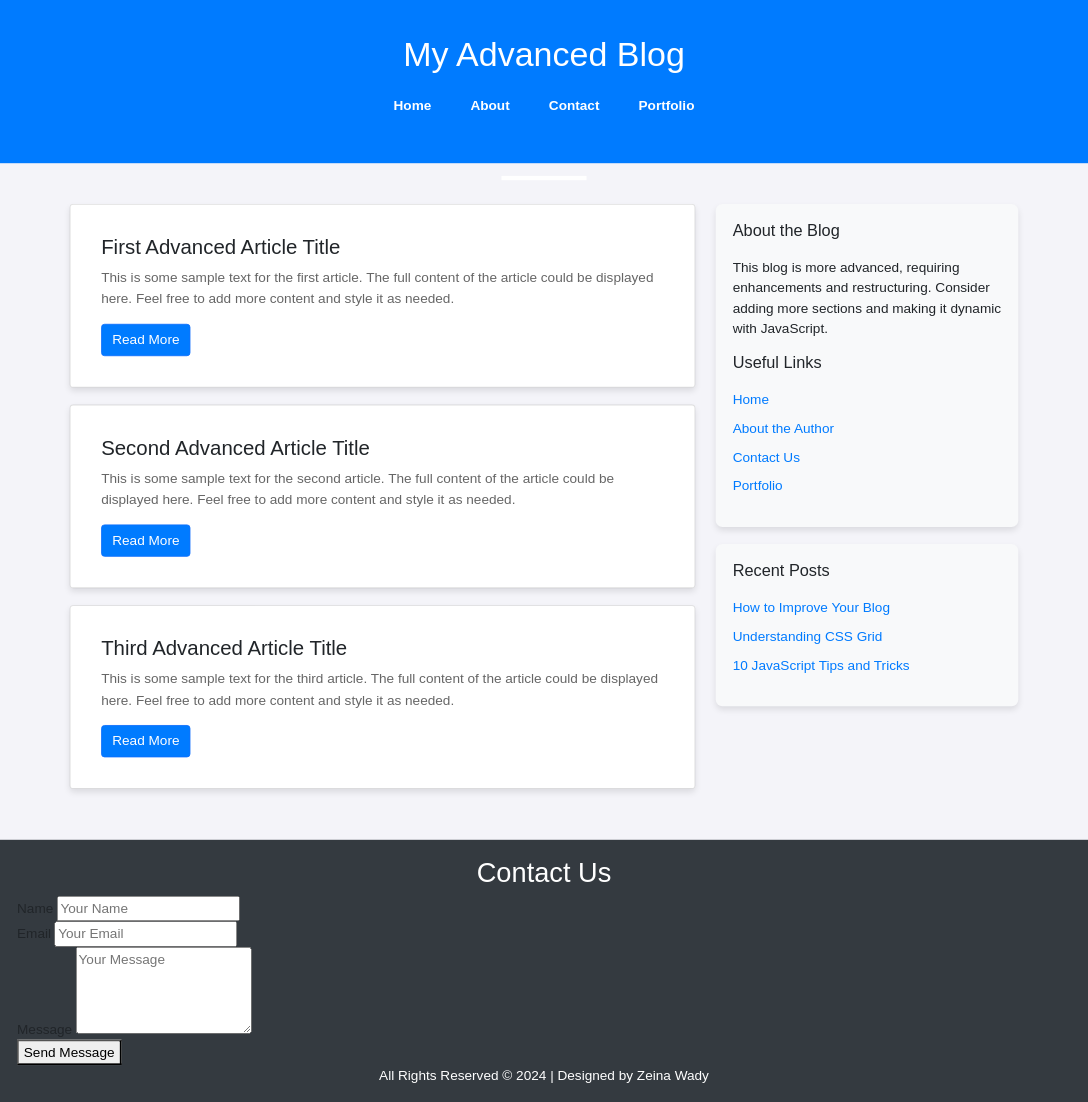
Repository: zeinawady/Blog-Code-Refactoring
Page: index.html
An editor plug-in stored every save of this project. The page is shown before and after a run of saves, followed by the edit.
The browser window is 1280 px wide. The pictures show the whole page, at 85% of full size.
Some web libraries are served in a nearby version.

Above is the page before, as saved 2024-09-23 16:01:18.

### index.html
<!DOCTYPE html>
<html lang="en">
  <head>
    <meta charset="UTF-8" />
    <meta name="viewport" content="width=device-width, initial-scale=1.0" />
    <title>My Advanced Blog</title>

    <link
      href="https://cdn.jsdelivr.net/npm/bootstrap@5.1.3/dist/css/bootstrap.min.css"
      rel="stylesheet"
    />
    <link rel="stylesheet" href="https://cdnjs.cloudflare.com/ajax/libs/font-awesome/6.6.0/css/all.min.css" integrity="sha512-Kc323vGBEqzTmouAECnVceyQqyqdsSiqLQISBL29aUW4U/M7pSPA/gEUZQqv1cwx4OnYxTxve5UMg5GT6L4JJg==" crossorigin="anonymous" referrerpolicy="no-referrer" />
    <link rel="stylesheet" href="style.css">
  </head>
  <body>

    <header>
      <h1 class="text-center text-white">My Advanced Blog</h1>
      <nav class="navbar navbar-expand-lg bg-body-tertiary">
        <div class="container">
          <button class="navbar-toggler ms-auto" type="button" data-bs-toggle="collapse" data-bs-target="#navbarNavAltMarkup" aria-controls="navbarNavAltMarkup" aria-expanded="false" aria-label="Toggle navigation">
            <span class="navbar-toggler-icon text-white"><i class="fas fa-bars"></i></span>
          </button>
          <div class="collapse navbar-collapse justify-content-center" id="navbarNavAltMarkup">
            <div class="navbar-nav">
              <a class="nav-link active text-white" aria-current="page" href="#">Home</a>
              <a class="nav-link text-white" href="#">About</a>
              <a class="nav-link text-white" href="#">Contact</a>
              <a class="nav-link text-white" href="#">Portfolio</a>
            </div>
          </div>
        </div>
      </nav>

    </header>
    <a href="#" onclick="toTop()" class="scroll-to-top" id="scrollToTopBtn"><i class="fa-solid fa-circle-up fa-bounce" style="color: #007bff;"></i></a>

    <div class="container mt-5">
      <div class="row">
        <div class="col-lg-8">

          <article class="card">
            <div class="card-body">
            <h2 class="card-title">First Advanced Article Title</h2>
            <p class="card-text">
              This is some sample text for the first article. The full content
              of the article could be displayed here. Feel free to add more
              content and style it as needed.
            </p>
            <button class="btn btn-primary">Read More</button>
         </div>
        </article>

        <article class="card">
          <div class="card-body">
          <h2 class="card-title">Second Advanced Article Title</h2>
          <p class="card-text">
            This is some sample text for the second article. The full content
            of the article could be displayed here. Feel free to add more
            content and style it as needed.
          </p>
          <button class="btn btn-primary">Read More</button>
       </div>
      </article>

      <article class="card">
        <div class="card-body">
        <h2 class="card-title">Third Advanced Article Title</h2>
        <p class="card-text">
          This is some sample text for the third article. The full content
          of the article could be displayed here. Feel free to add more
          content and style it as needed.
        </p>
        <button class="btn btn-primary">Read More</button>
     </div>
    </article>
        </div>

        <div class="col-md-4">
          <aside>
            <h3>About the Blog</h3>
            <p>
              This blog is more advanced, requiring enhancements and
              restructuring. Consider adding more sections and making it dynamic
              with JavaScript.
            </p>
            <h3>Useful Links</h3>
            <ul>
              <li><a href="#">Home</a></li>
              <li><a href="#">About the Author</a></li>
              <li><a href="#">Contact Us</a></li>
              <li><a href="#">Portfolio</a></li>
            </ul>
          </aside>
          <aside>
            <h3>Recent Posts</h3>
            <ul>
              <li><a href="#">How to Improve Your Blog</a></li>
              <li><a href="#">Understanding CSS Grid</a></li>
              <li><a href="#">10 JavaScript Tips and Tricks</a></li>
            </ul>
          </aside>
        </div>
      </div>
    </div>

    <footer>
      <div class="footer-content">
        <h2 class="text-center text-white">Contact Us</h2>
        <form action="#" method="POST" class="contact-form">
          <div class="form-group">
            <label for="name">Name</label>
            <input type="text" id="name" name="name" placeholder="Your Name" required />
          </div>
          <div class="form-group">
            <label for="email">Email</label>
            <input type="email" id="email" name="email" placeholder="Your Email" required />
          </div>
          <div class="form-group">
            <label for="message">Message</label>
            <textarea id="message" name="message" rows="4" placeholder="Your Message" required></textarea>
          </div>
          <button type="submit" class="submit-btn">Send Message</button>
        </form>
      </div>
      <p class="text-white text-center m-0">All Rights Reserved © 2024 | Designed by Zeina Wady</p>

    </footer>

    <script src="https://cdn.jsdelivr.net/npm/bootstrap@5.1.3/dist/js/bootstrap.bundle.min.js"></script>
  <script src="script.js"></script>
  </body>
</html>

### style.css
body {
    font-family: Arial, sans-serif;
    background-color: #f4f4f9;
  }
html{
    scroll-behavior: smooth;
}
  :root{
    --main-color:#007bff;
  }
  a{
    text-decoration: none;
  }
  header {
    background-color: var(--main-color);
    padding: 40px 0;
    position: relative;
  }
  header::after {
    content: "";
    position: absolute;
    bottom: -20px;
    left: 50%;
    transform: translateX(-50%);
    width: 100px;
    height: 5px;
    background-color:white;
  }
 .scroll-to-top{
    position: fixed;
    bottom: 70px;
    right: 30px;
    font-size: 35px;
    cursor: pointer;
    display: none;
 }
  nav a {
    margin: 0 15px;
    font-weight: bold;
    transition: 0.3s;
  }
  nav a:hover {
    text-decoration: underline;
  }
  article{
    /* border: 1px solid #ddd; */
    margin-bottom: 20px;
    padding: 20px;
    box-shadow: 0 4px 8px rgba(0, 0, 0, 0.1);
    transition: transform 0.3s ease, box-shadow 0.3s ease;
  }
  article:hover {
    transform: translateY(-5px);
    box-shadow: 0 8px 16px rgba(0, 0, 0, 0.2);
  }
  article h2 {
    font-size: 1.5rem;
  }
  article p {
    color: #666;
    line-height: 1.6;
  }
  article .btn-primary {
    background-color:var(--main-color);

  }

  aside {
    background-color: #f8f9fa;
    padding: 20px;
    border-radius: 8px;
    box-shadow: 0 4px 8px rgba(0, 0, 0, 0.1);
    margin-bottom: 20px;
  }
  aside h3 {
    margin-bottom: 20px;
    font-size: 1.2rem;
  }
  aside ul {
    list-style-type: none;
    padding-left: 0;
  }
  aside ul li {
    margin-bottom: 10px;
  }
  aside ul li a {
    color: var(--main-color);
  }
  aside ul li a:hover {
    text-decoration: underline;
  }
  footer {
    background-color: #343a40;
    padding: 20px;
    margin-top: 40px;
  }

### script.js
let scrollToTopBtn =document.getElementById('scrollToTopBtn');

window.onscroll= function(){
    if(document.body.scrollTop>100 || document.documentElement.scrollTop>100){
        scrollToTopBtn.style.display="block";
    }
    else{
        scrollToTopBtn.style.display="none";
    }
}

function toTop(){
    document.body.scrollTop=0;
}

After the next 2 saves:
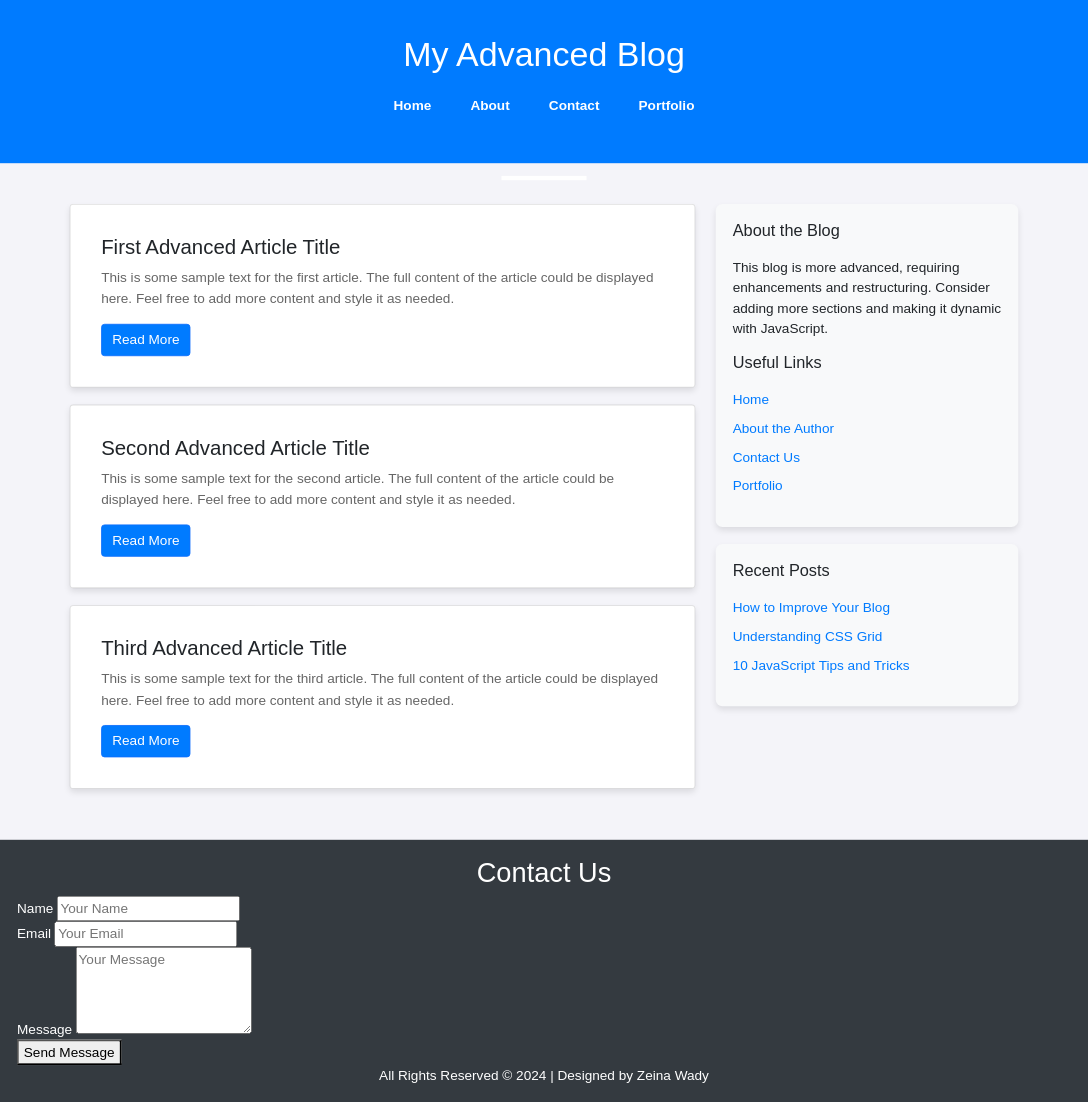
The 2 saves are shown as one change because they came seconds apart.
The last was saved 10 s later.
--- a/index.html
+++ b/index.html
@@ -105,8 +105,8 @@
     </div>
 
     <footer>
-      <div class="footer-content">
-        <h2 class="text-center text-white">Contact Us</h2>
+      <div class="footer-content text-white">
+        <h2 class="text-center ">Contact Us</h2>
         <form action="#" method="POST" class="contact-form">
           <div class="form-group">
             <label for="name">Name</label>
